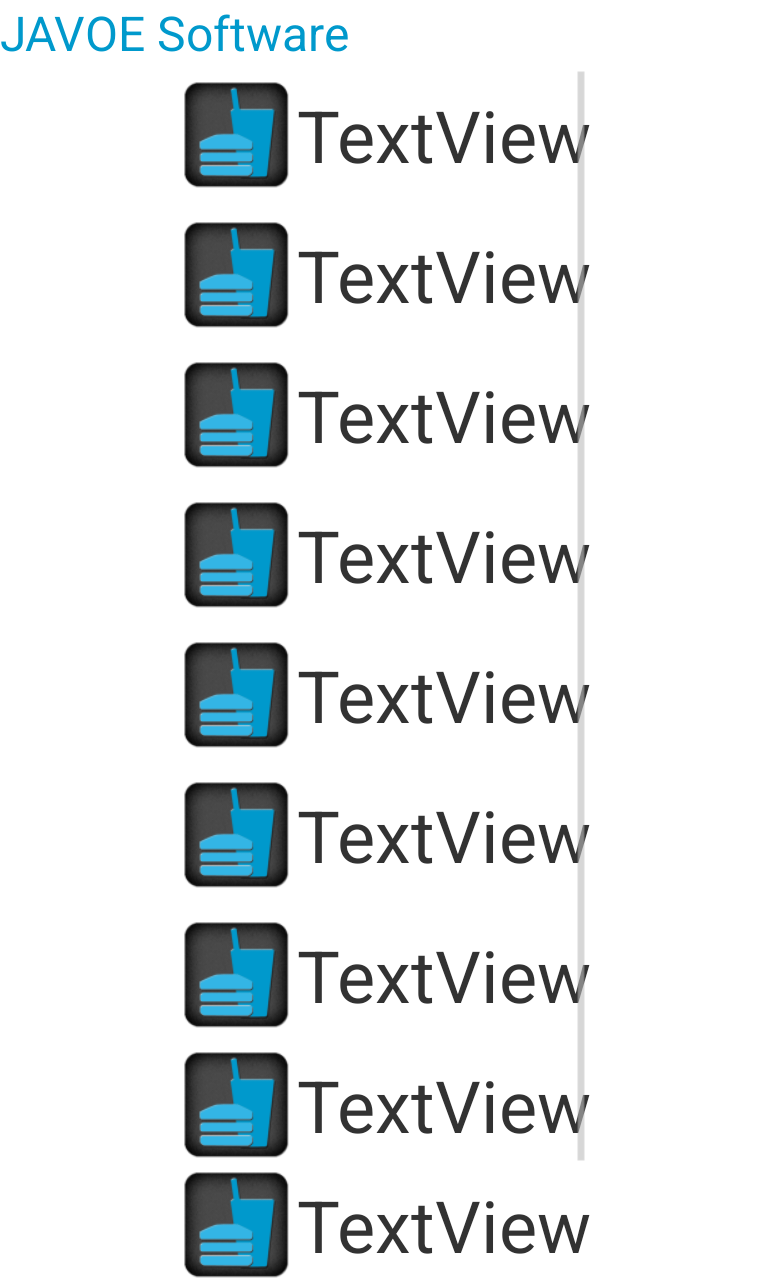
Repository: vitchyr/javoe
Layout: FirstRelease/res/layout/activity_main.xml
The author's editor kept a copy of each file at every save. The layout is drawn from the files as they stood at one save, then again after the next save.
It is drawn on a 768 x 1280 px phone screen (xhdpi) without system bars, with theme AppTheme; the app's code is not run. The app's manifest (not shown) leaves right-to-left support off. So textAlignment, textDirection and layoutDirection are ignored, and left and right values win over start and end ones.

Above is the layout before, as saved 2013-08-19 00:39:22.

After the next save:
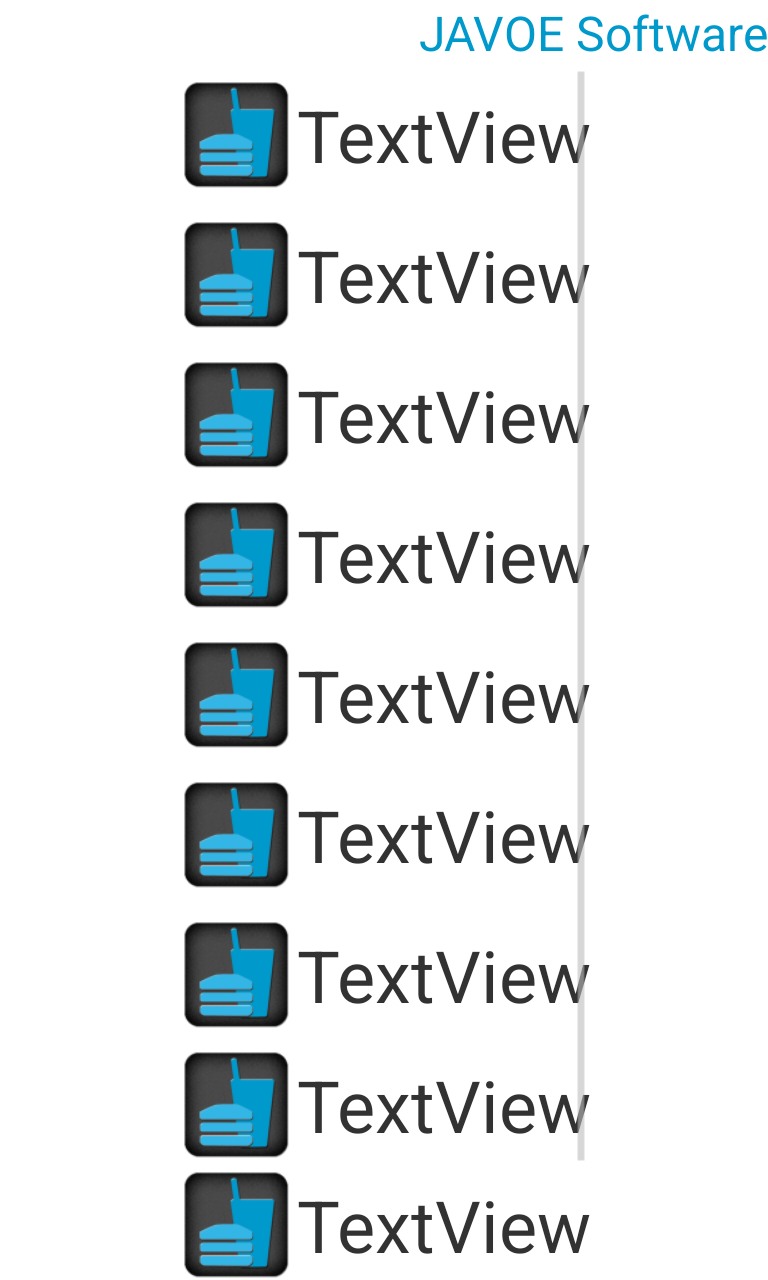
Saved 4 min 6 s later.
--- a/FirstRelease/res/layout/activity_main.xml
+++ b/FirstRelease/res/layout/activity_main.xml
@@ -10,14 +10,21 @@
         android:gravity="center_horizontal"
         android:orientation="vertical" >
 
-        <TextView
-            android:id="@+id/textView1"
+        <LinearLayout
             android:layout_width="match_parent"
             android:layout_height="wrap_content"
-            android:text="JAVOE Software"
-            android:textAlignment="viewEnd"
-            android:textColor="#0099CC"
-            android:textSize="24sp" />
+            android:gravity="right" >
+
+            <TextView
+                android:id="@+id/textView1"
+                android:layout_width="wrap_content"
+                android:layout_height="wrap_content"
+                android:text="JAVOE Software"
+                android:textAlignment="viewEnd"
+                android:textColor="#0099CC"
+                android:textSize="24sp" />
+
+        </LinearLayout>
 
         <ScrollView
             android:id="@+id/scrollView1"
